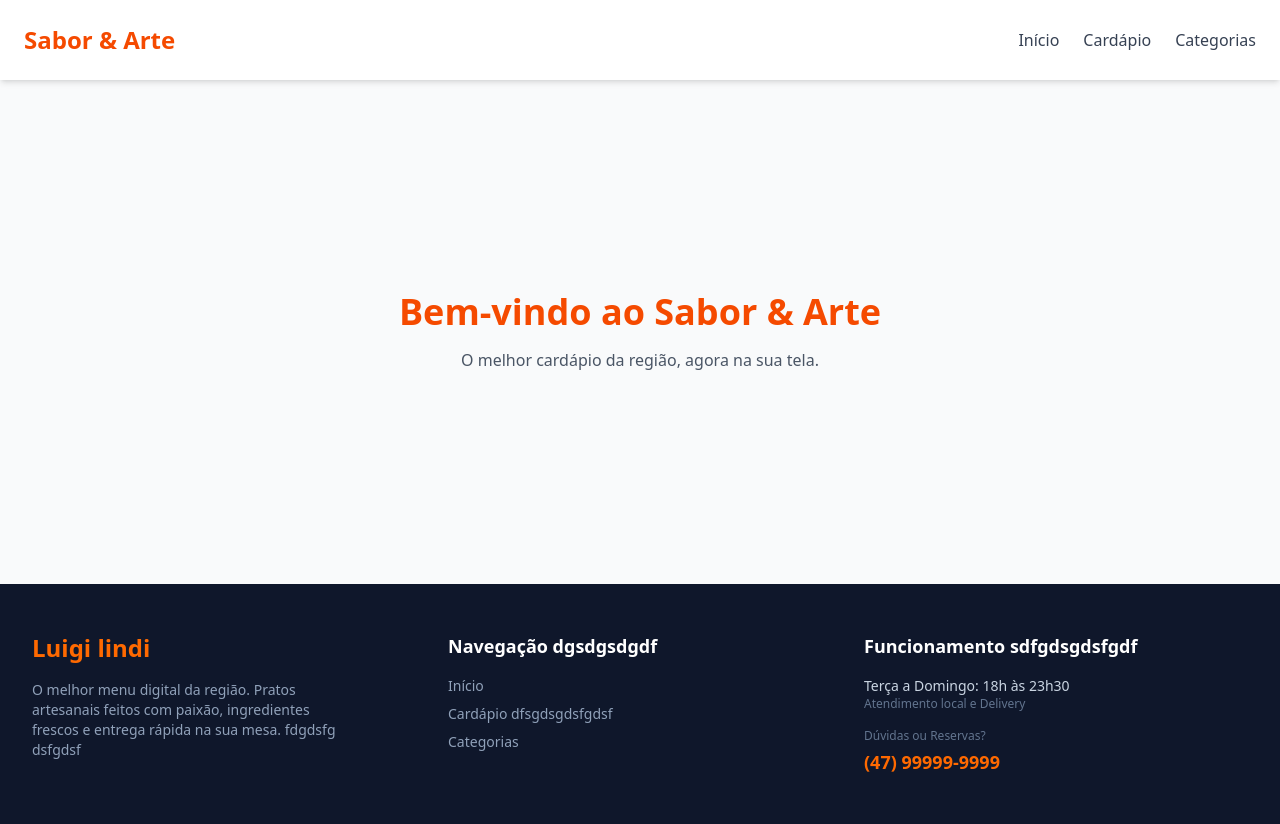
Repository: LuigiBLombardo/Next---Atividade
Page: / (app in sistema-cardapio/)
The author's editor kept a copy of each file at every save. The page is drawn from the files as they stood at one save, then again after the next save.
The browser window is 1280 px wide. The pictures show the whole page.
The project was rebuilt for these pictures with package versions that can differ from the ones it lists, and the page was loaded fresh each time. The framework's server and built-in components were replaced by stand-ins that run in the browser. Also part of the build but not shown: sistema-cardapio/next.config.mjs.

Above is the page before, as saved 2026-09-04 20:45:10.

After the next save:
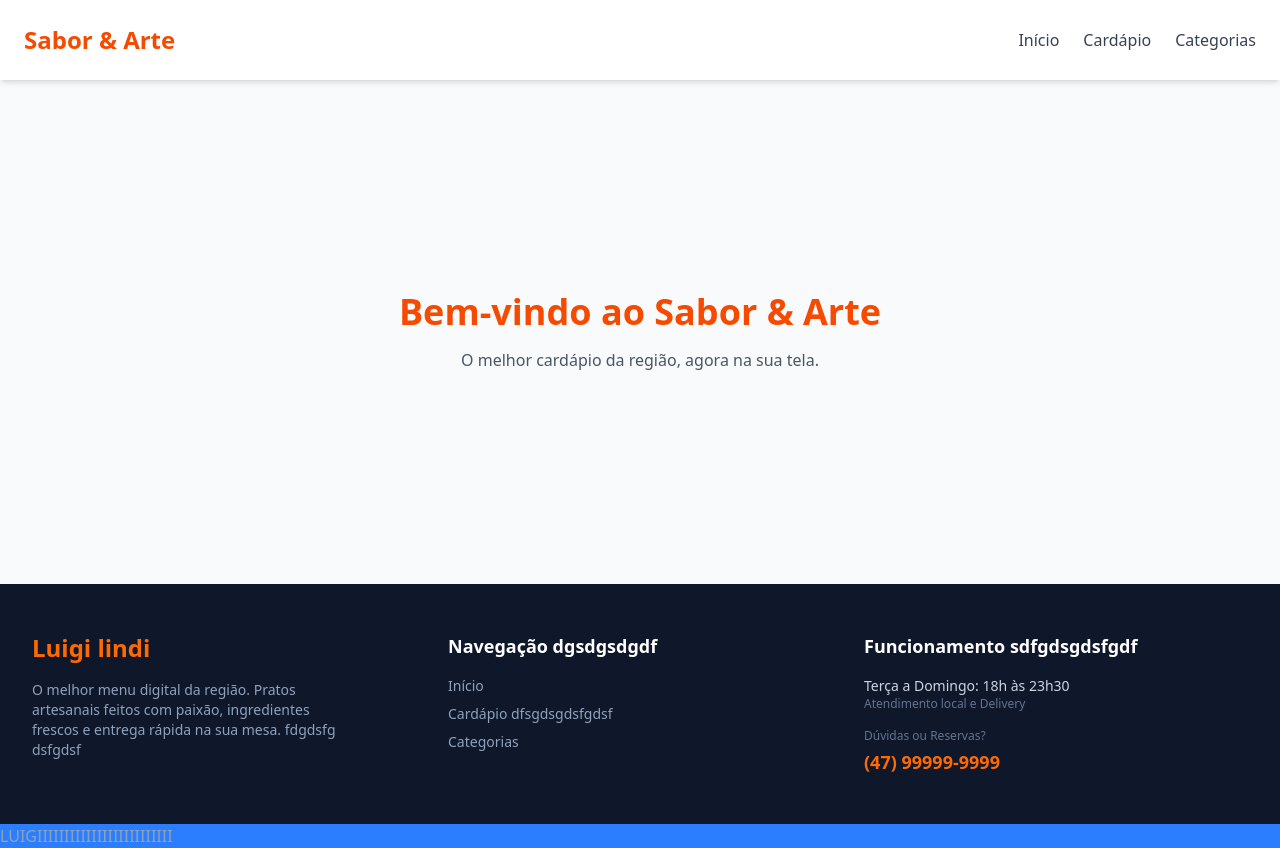
Saved 8 s later.
--- a/sistema-cardapio/src/components/Footer.js
+++ b/sistema-cardapio/src/components/Footer.js
@@ -50,7 +50,7 @@ export default function Footer(){
                 </div>
 
                 <div className="bg-blue-500">
-
+                    LUIGIIIIIIIIIIIIIIIIIIIIIIIII
                 </div>
 
             </footer>
